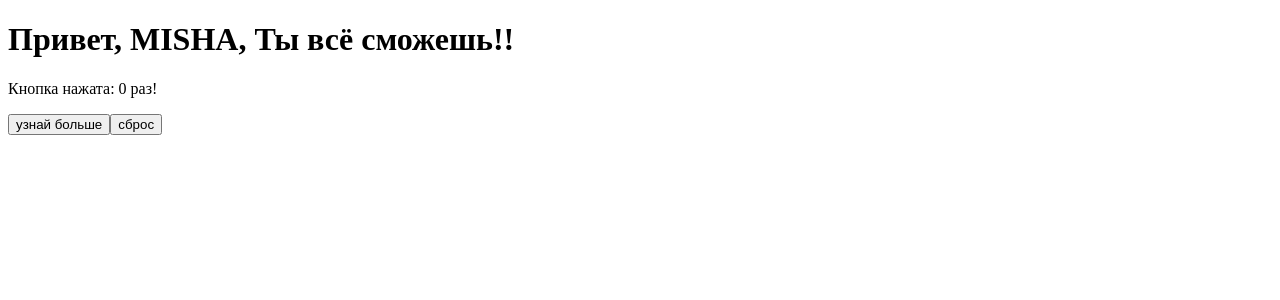
Repository: padka/Fitness-app
Page: /
The author's editor kept a copy of each file at every save. The page is drawn from the files as they stood at one save, then again after a run of saves.
The browser window is 1280 px wide. The pictures show the whole page.
The project was rebuilt for these pictures with package versions that can differ from the ones it lists, and the page was loaded fresh each time. Also part of the build but not shown: vite.config.js.

Above is the page before, as saved 2024-09-07 20:02:49.

After the next 2 saves:
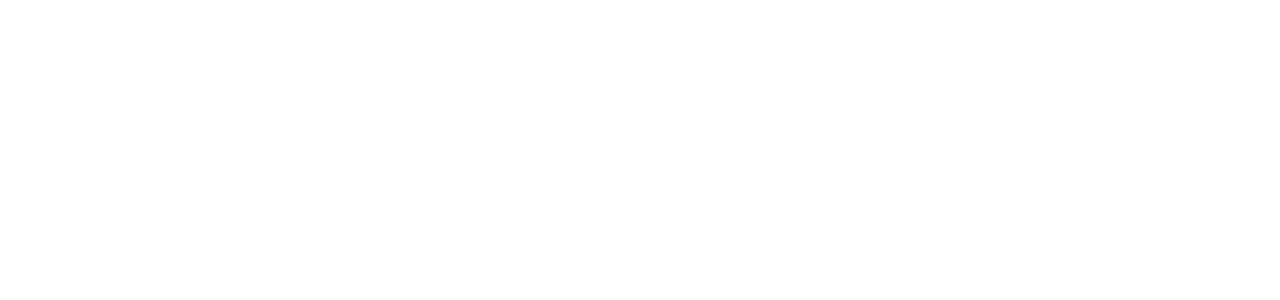
Console error: ReferenceError: specialMessage2 is not defined
The 2 saves are shown as one change because 1 did not build or start.
The last was saved 2 min 37 s later.
--- a/src/App.jsx
+++ b/src/App.jsx
@@ -25,9 +25,14 @@
     setMessageIndex((prevIndex) =>(prevIndex+1 ) % message.length);
 
   }
+ let specialMessage = ''
+ if (counter>=20 ){
+  specialMessage = " Ты достиг 10 нажатий";
+ }else if (counter>=10){
+  specialMessage2 = 'Ты достиг 20  нажатий'
+ }
 
-  const specialMessage = counter >= 10 ?  " Ты достиг 10 нажатий" : '';
-  const specialMessage2 = counter >= 20 ?  " Ты достиг 20  нажатий" : '';
+
 
   //функция для сброса всех значений
     const reset= ()=>{

After the save that followed:
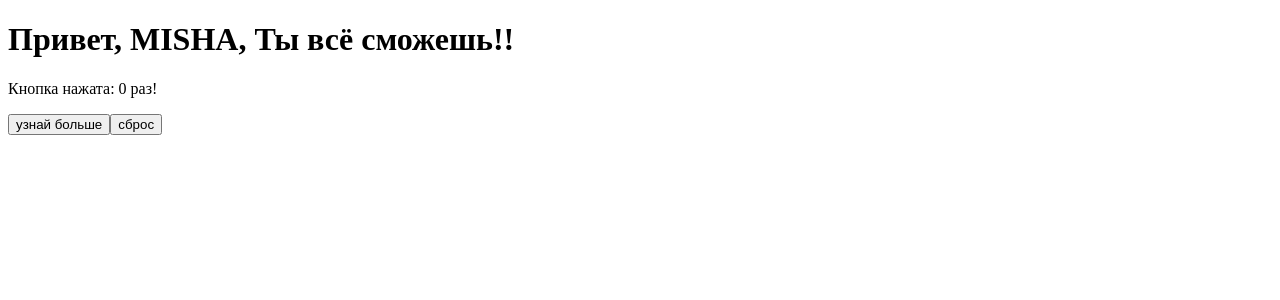
The error is gone.
Saved 3 min 38 s later.
--- a/src/App.jsx
+++ b/src/App.jsx
@@ -51,7 +51,6 @@
       <h1>Привет, {userName}, {message[messageIndex]}!</h1>
       <p>Кнопка нажата: {counter} раз!</p>
       {specialMessage && <p>{specialMessage}</p>}
-      {specialMessage2 && <p>{specialMessage2}</p>}
       <button onClick ={changeMessage}> узнай больше </button>
       <button onClick ={reset}> сброс </button>
 
